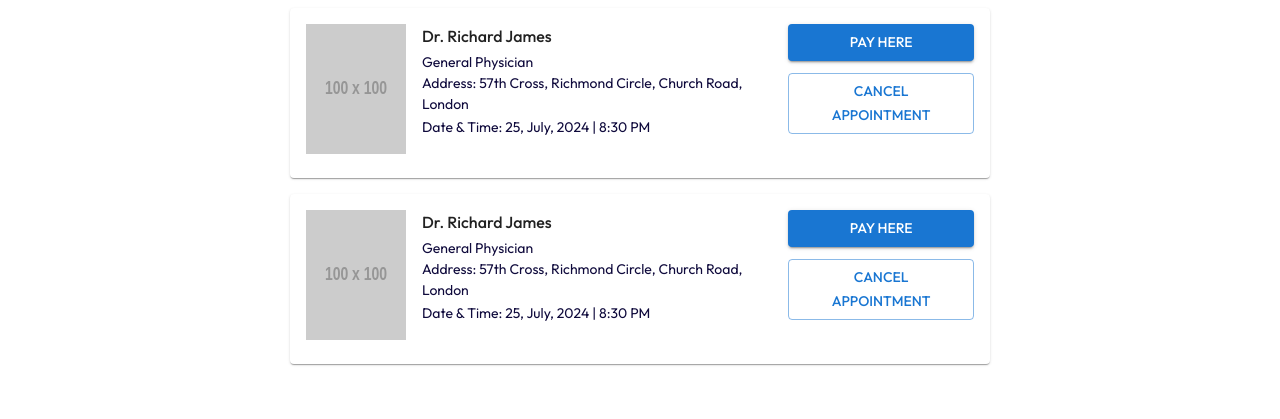
Repository: Ali-Dmerdash/DEPI_GRAD
Page: /
These files come from the project's save history. The page is drawn as it stood at one moment and after the next save; the edit follows.
The browser window is 1280 px wide. The pictures show the whole page.
The project was rebuilt for these pictures with package versions that can differ from the ones it lists, and the page was loaded fresh each time. Also part of the build but not shown: vite.config.ts.

Above is the page before, as saved 2024-10-08 20:52:44.

### src/App.tsx
import "./App.css";
import "react-router-dom";
import { library } from "@fortawesome/fontawesome-svg-core";
import { fab } from "@fortawesome/free-brands-svg-icons";
import { fas } from "@fortawesome/free-solid-svg-icons";
import { far } from "@fortawesome/free-regular-svg-icons";
import Myappointment from "./pages/myappointment";

function App() {
  return (
    <>
      <Myappointment />
    </>
  );
}

export default App;
library.add(fab, fas, far);

### src/index.css
@import url("https://fonts.googleapis.com/css2?family=Outfit:wght@100..900&display=swap");

body {
  font-family: "Outfit", sans-serif;
  color: var(--text-color);
}

:root {
  --primary-color: #07456f;
  --secondary-color: #009f9d;
  --text-color: #0f0a3c;
  --card-button-color: #ace6f6;
  --border-color: #adadad;
}

### src/App.css
@import "./App.css";

body {
  color: var(--text-color);
}

### src/pages/myappointment/index.tsx
import React from "react";
import { Box, Card, CardContent, Typography, Button } from "@mui/material";

const MyAppointment: React.FC = () => {
  return (
    <Box sx={{ maxWidth: 700, margin: "0 auto" }}>
      <Card sx={{ marginBottom: 2 }}>
        <CardContent>
          <Box display="flex" alignItems="flex-start">
            <img
              src="https://via.placeholder.com/100"
              alt="Doctor"
              style={{ width: "100px", height: "130px", marginRight: "16px" }}
            />
            <Box flexGrow={1}>
              <Typography
                variant="h6"
                fontSize="16px"
                sx={{ marginBottom: "2px" }}
              >
                Dr. Richard James
              </Typography>
              <Typography color="#0F0A3C" fontSize="14px">
                General Physician
              </Typography>
              <Typography
                color="#0F0A3C"
                fontSize="14px"
                sx={{ marginBottom: "2px" }}
              >
                Address: 57th Cross, Richmond Circle, Church Road, London
              </Typography>
              <Typography color="#0F0A3C" fontSize="14px">
                Date & Time: 25, July, 2024 | 8:30 PM
              </Typography>
            </Box>
            <Box
              display="flex"
              flexDirection="column"
              justifyContent="flex-end"
            >
              <Button variant="contained" color="primary">
                Pay here
              </Button>
              <Button
                variant="outlined"
                color="primary"
                sx={{ marginTop: 1.5 }}
              >
                Cancel appointment
              </Button>
            </Box>
          </Box>
        </CardContent>
      </Card>

      <Card>
        <CardContent>
          <Box display="flex" alignItems="flex-start">
            <img
              src="https://via.placeholder.com/100"
              alt="Doctor"
              style={{ width: "100px", height: "130px", marginRight: "16px" }}
            />
            <Box flexGrow={1}>
              <Typography
                variant="h6"
                fontSize="16px"
                sx={{ marginBottom: "2px" }}
              >
                Dr. Richard James
              </Typography>
              <Typography color="#0F0A3C" fontSize="14px">
                General Physician
              </Typography>
              <Typography
                color="#0F0A3C"
                fontSize="14px"
                sx={{ marginBottom: "2px" }}
              >
                Address: 57th Cross, Richmond Circle, Church Road, London
              </Typography>
              <Typography color="#0F0A3C" fontSize="14px">
                Date & Time: 25, July, 2024 | 8:30 PM
              </Typography>
            </Box>
            <Box
              display="flex"
              flexDirection="column"
              justifyContent="flex-end"
            >
              <Button variant="contained" color="primary">
                Pay here
              </Button>

              <Button
                variant="outlined"
                color="primary"
                sx={{ marginTop: 1.5 }}
              >
                Cancel appointment
              </Button>
            </Box>
          </Box>
        </CardContent>
      </Card>
    </Box>
  );
};

export default MyAppointment;

Loaded but not shown: index.html (common file); src/main.tsx (common file)

After the next save:
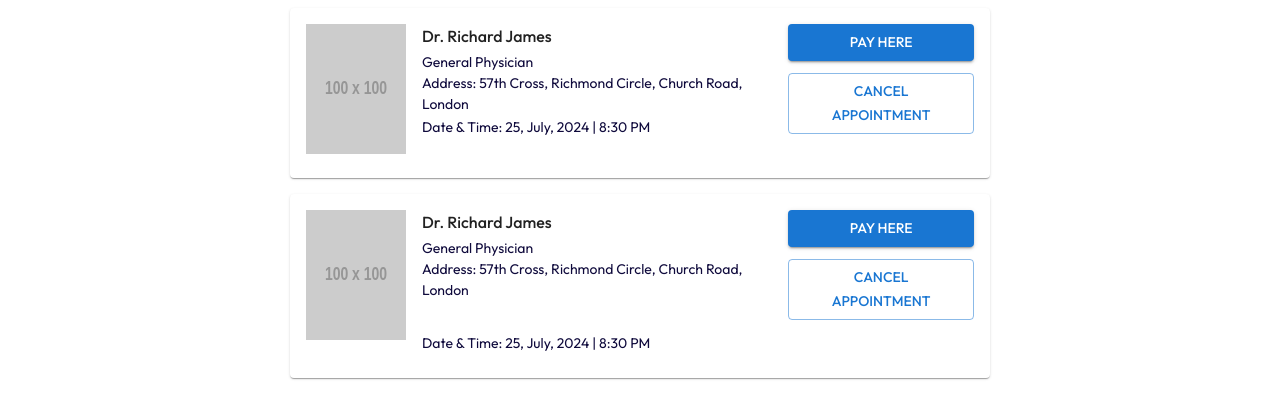
Saved 18 s later.
--- a/src/pages/myappointment/index.tsx
+++ b/src/pages/myappointment/index.tsx
@@ -76,7 +76,7 @@ const MyAppointment: React.FC = () => {
               <Typography
                 color="#0F0A3C"
                 fontSize="14px"
-                sx={{ marginBottom: "2px" }}
+                sx={{ marginBottom: "32px" }}
               >
                 Address: 57th Cross, Richmond Circle, Church Road, London
               </Typography>
